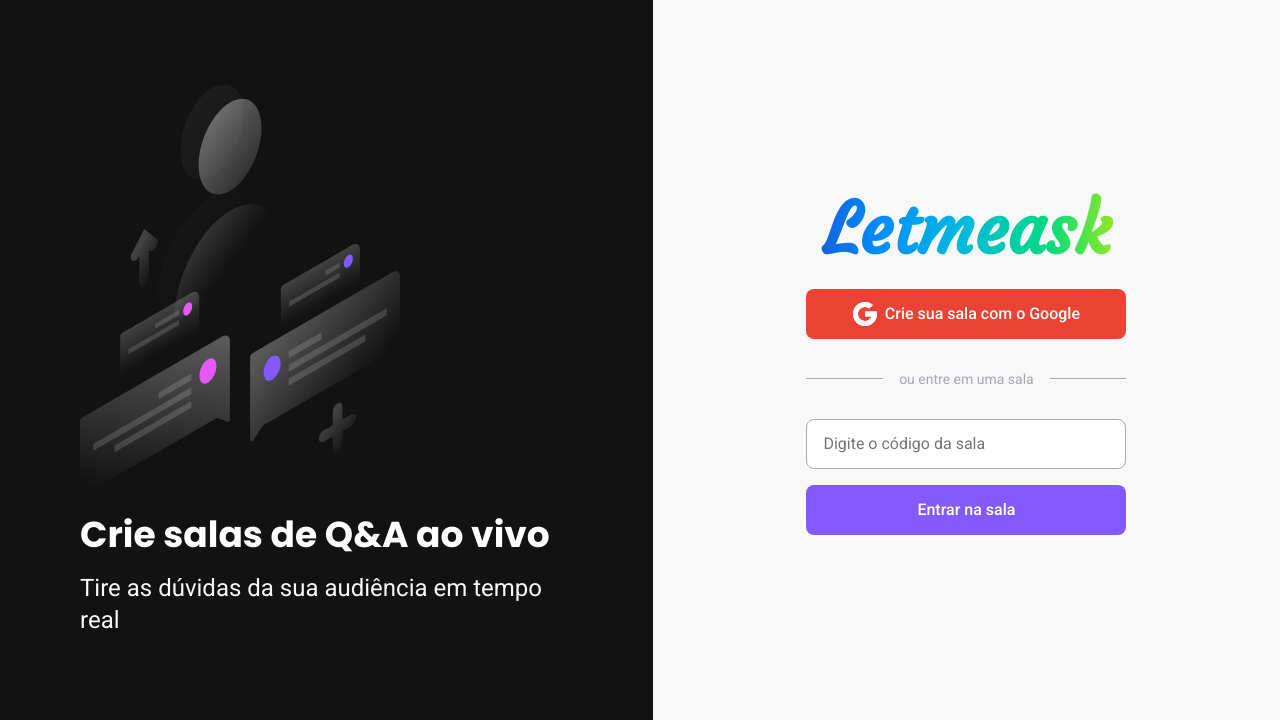
Repository: joaovnogueira/letmeask
Page: /
An editor plug-in stored every save of this project. The page is shown before and after the next save, followed by the edit.
The browser window is 1280 px wide. The pictures show the whole page.
The project was rebuilt for these pictures with package versions that can differ from the ones it lists, and the page was loaded fresh each time. A package was used in the major version that the imports need, not the one package.json lists. Also part of the build but not shown: src/pages/NewRoom.tsx, src/components/Question.tsx, src/styles/room-code.scss, src/components/RoomCode.tsx, src/hooks/useRoom.tsx, src/styles/rooms.scss, src/pages/AdminRoom.tsx. Imported but missing from the stored project, and not drawn on this page: src/pages/Room.

Above is the page before, as saved 2022-03-12 15:20:53.

### public/index.html
<!DOCTYPE html>
<html lang="en">
  <head>
    <meta charset="utf-8" />
    <meta name="viewport" content="width=device-width, initial-scale=1" />


    <link rel="preconnect" href="https://fonts.googleapis.com">
    <link rel="preconnect" href="https://fonts.gstatic.com" crossorigin>
    <link href="https://fonts.googleapis.com/css2?family=Poppins:wght@400;700&family=Roboto:wght@400;500&display=swap" rel="stylesheet">


    <title>Letmeask</title>


  </head>
  <body>
    <noscript>You need to enable JavaScript to run this app.</noscript>
    <div id="root"></div>
  </body>
</html>

### src/index.tsx
import React from 'react';
import ReactDOM from 'react-dom';
import App from './App';

import './services/firebase';
import './styles/global.scss';

ReactDOM.render(
  <React.StrictMode>
    <App />
  </React.StrictMode>,
  document.getElementById('root')
);

### src/App.tsx
import { BrowserRouter, Route, Switch } from 'react-router-dom'

import { Home } from './pages/Home';
import { NewRoom } from './pages/NewRoom'
import { Room } from './pages/Room';
import { AdminRoom } from './pages/AdminRoom';

import { AuthContextProvider } from './contexts/AuthContext'


function App() {


  return (
     <BrowserRouter>
      <AuthContextProvider>
        <Switch>
          <Route path="/" exact component={Home} />
          <Route path="/rooms/new" exact component={NewRoom} />
          <Route path="/rooms/:id" component={Room} />

          <Route path="/admin/rooms/:id" component={AdminRoom} />
        </Switch>
      </AuthContextProvider>
     </BrowserRouter>
  );
}

export default App;

### src/services/firebase.ts

import firebase from 'firebase/compat/app';

import 'firebase/compat/auth';
import 'firebase/compat/firestore';
import 'firebase/compat/database';

//import firebase from 'firebase/app';

//import 'firebase/auth';
//import 'firebase/firestore';



const firebaseConfig = {
    apiKey: process.env.REACT_APP_API_KEY,
    authDomain: process.env.REACT_APP_AUTH_DOMAIN,
    databaseURL: process.env.REACT_APP_DATABASE_URL,
    projectId: process.env.REACT_APP_PROJECT_ID,
    storageBucket: process.env.REACT_APP_STORAGE_BUCKET,
    messagingSenderId: process.env.REACT_APP_MESSAGING_SENDER_ID,
    appId: process.env.REACT_APP_APP_ID
  };

  firebase.initializeApp(firebaseConfig);


//const auth = firebase.auth();
const database = firebase.database();
const auth = firebase.auth();

export {auth, database, firebase}
//export {firebase}
//export {auth}
//export {database}

### src/styles/global.scss
*{
    margin: 0;
    padding: 0;
    box-sizing: border-box;
}

body{
    background: #f8f8f8;
    color: #29292e
}

body, input, button, textarea{
    font: 400 16px 'Roboto', sans-serif;
}

### src/pages/Home.tsx
import { useHistory } from "react-router-dom";

//import 'firebase/compat/auth';
import {auth, database, firebase} from '../services/firebase'
//import firebase from 'firebase/compat/app';


import illustrationImg from '../assets/images/illustration.svg';
import logoImg from '../assets/images/logo.svg';
import googleIconImage from '../assets/images/google-icon.svg';


import '../styles/auth.scss'

import { Button } from '../components/Button'
import { useAuth } from "../hooks/useAuth";
import { FormEvent, useState } from "react";

export function Home() {
    const history = useHistory();
    const { user, signInWithGoogle } = useAuth();
    const [ roomCode, setRoomCode ] = useState('');

    async function handleCreateRoom() {

        if (!user){
            await signInWithGoogle()
        }

        history.push('/rooms/new')

    }

    async function handleJoinRoom(event: FormEvent){
        event.preventDefault();

        if (roomCode.trim() == ''){
            return;
        }

        const roomRef = await database.ref(`rooms/${roomCode}`).get();

        if(!roomRef.exists()){
            alert('Room does not exists.')
            return;
        }

        if(roomRef.val().endedAt){
            alert('Room already closed.');
            return;
        }

        history.push(`/rooms/${roomCode}`)
    }

    return(
        <div id = 'page-auth'>
            <aside>
                <img src={illustrationImg} alt="Ilustração simbolizando perguntas e respostas"/>
                <strong>Crie salas de Q&amp;A ao vivo</strong>
                <p>Tire as dúvidas da sua audiência em tempo real </p>
            </aside>
            <main>
                <div className="main-content">
                    <h1 id='Logo'>Letmeask</h1>
                    <button onClick={handleCreateRoom} className="create-room">
                        <img src={googleIconImage} alt="Logo do Google" />
                        Crie sua sala com o Google
                    </button>
                    <div className="separator">ou entre em uma sala</div>
                    <form onSubmit={handleJoinRoom}>
                        <input
                           type="text"
                           placeholder="Digite o código da sala"
                           onChange={event => setRoomCode(event.target.value)}
                           value = {roomCode}
                        />
                        <Button type="submit">
                            Entrar na sala
                        </Button>
                    </form>
                </div>
            </main>
        </div>
    )
}

### src/contexts/AuthContext.tsx
//import firebase from "firebase/compat/app";
import { auth,firebase } from "../services/firebase";

import { createContext, ReactNode, useEffect, useState } from "react";


type User = {
    id: string;
    name: string;
    avatar: string;
  }

  type AuthContextType = {
    user: User | undefined;
    signInWithGoogle: () => Promise<void>;
  }

type AuthContextProviderProps = {
    children: ReactNode;
}

export const AuthContext = createContext({} as AuthContextType);

export function AuthContextProvider(props: AuthContextProviderProps){

    const [user, setUser] = useState<User>()

    useEffect(() => {
        const unssubscribe = auth.onAuthStateChanged(user => {
         if (user) {
            const {displayName,photoURL, uid} = user;

             if(!displayName || !photoURL){
             throw new Error('Missing Information from Google Account.')
            }

         setUser({
           id: uid,
           name: displayName,
           avatar: photoURL
         })
       }
     })

     return () => {
       unssubscribe();
     }
     }, [])

   async function signInWithGoogle(){
     const provider = new firebase.auth.GoogleAuthProvider();

     const result = await auth.signInWithPopup(provider);

       if (result.user){
         const {displayName,photoURL, uid} = result.user;

         if(!displayName || !photoURL){
           throw new Error('Missing Information from Google Account.')
         }

         setUser({
           id: uid,
           name: displayName,
           avatar: photoURL
         })
       }

   }

    return (
        <AuthContext.Provider value={{ user, signInWithGoogle }}>
            {props.children}
        </AuthContext.Provider>

    );
}

### src/styles/auth.scss
@import url('https://fonts.googleapis.com/css2?family=Courgette&display=swap');

#page-auth{
    display: flex;
    align-items: stretch;
    height: 100vh;



    aside{
        flex: 7;
        background: #121213;
        color: #fff;

        display: flex;
        flex-direction: column;
        justify-content: center;

        padding: 120px 80px;

        img{
            max-width: 320px;
        }

        strong{
            font: 700 36px 'Poppins', sans-serif;
            line-height: 42px;
            margin-top: 16px
        }

        p{
            font-size: 24px;
            line-height: 32px;
            margin-top: 16px;
            color: #f8f8f8;
        }
    }

    main{
        flex: 8;

        padding: 0 32px;
        display: flex;
        align-items: center;
        justify-content: center;

    }

    .main-content{
        display: flex;
        flex-direction: column;
        width: 100%;
        max-width: 320px;
        align-items: stretch;
        text-align: center;

        h1#Logo{
            font-family: 'Courgette', cursive;
            font-size: 70px;
            background-image:
            linear-gradient(to right, #1859d3, #0091fc, #00bbd9, #00da84, #a8eb12);
            background-clip: text;
            -webkit-background-clip: text;
            color: transparent;
        }

        > img{
            align-self: center;
        }

        h2{
            font-size: 24px;
            margin: 64px 8 24px;
            font-family: 'Poppins', sans seriff;
        }

        form{
            input{
                height:50px;
                border-radius: 8px;
                padding: 0 16px;
                background: #fff;
                border: 1px solid #a8a8b3
            }
        }

        p{
            font-size: 14px;
            color: #737380;
            margin-top: 16px;

        }

        a{
            color: #e559f9
        }

        button{
            margin-top: 16px;
        }

        button, input{
            width: 100%;
        }
    }

    .create-room{
        margin-top: 64px;
        height: 50px;
        border-radius: 8px;
        font-weight: 500;
        background: #ea4335;
        color:#fff;

        display: flex;
        justify-content: center;
        align-items: center;

        cursor: pointer;
        border: 0;

        transition: filter 0.2s;

        img{
            margin-right: 8px;
        }

        &:hover{
            filter: brightness(0.9);
        }
    }

    .separator{
        font-size: 14px;
        color: #a8a8b3;

        margin: 32px 0;
        display: flex;
        align-items: center;

        &::before {
            content: '';
            flex: 1;
            height: 1px;
            background: #a8a8b3;
            margin-right: 16px;
        }
        &::after{
            content: '';
            flex: 1;
            height: 1px;
            background: #a8a8b3;
            margin-left: 16px;
        }
    }


}

### src/components/Button.tsx
import { ButtonHTMLAttributes } from 'react'
import '../styles/button.scss'


type ButtonProps = ButtonHTMLAttributes<HTMLButtonElement> & {
    isOutlined?: boolean;
}

export function Button({isOutlined = false, ...props}: ButtonProps) {
    return(
        <button
            className={`button ${isOutlined ? 'outlined' : ''}`}
            {...props}>
        </button>
    )
}

### src/hooks/useAuth.ts
import { useContext } from 'react';
import { AuthContext } from '../contexts/AuthContext'

export function useAuth() {
    const value =  useContext(AuthContext);

    return value;
}

### src/styles/button.scss
.button{
    height: 50px;
    border-radius: 8px;
    font-weight: 500;
    background: #835afd;
    color:#fff;
    padding: 0 32px;

    display: flex;
    justify-content: center;
    align-items: center;

    cursor: pointer;
    border: 0;

    transition: filter 0.2s;

    img{
        margin-right: 8px;
    }

    &.outlined {
        background: #FFF;
        border: 1px solid #835afd;
        color: #835afd;
    }

    &:not(:disabled):hover{
        filter: brightness(0.9);
    }

    &:disabled{
        opacity: 0.6;
        cursor: not-allowed;
    }
}

After the next save:
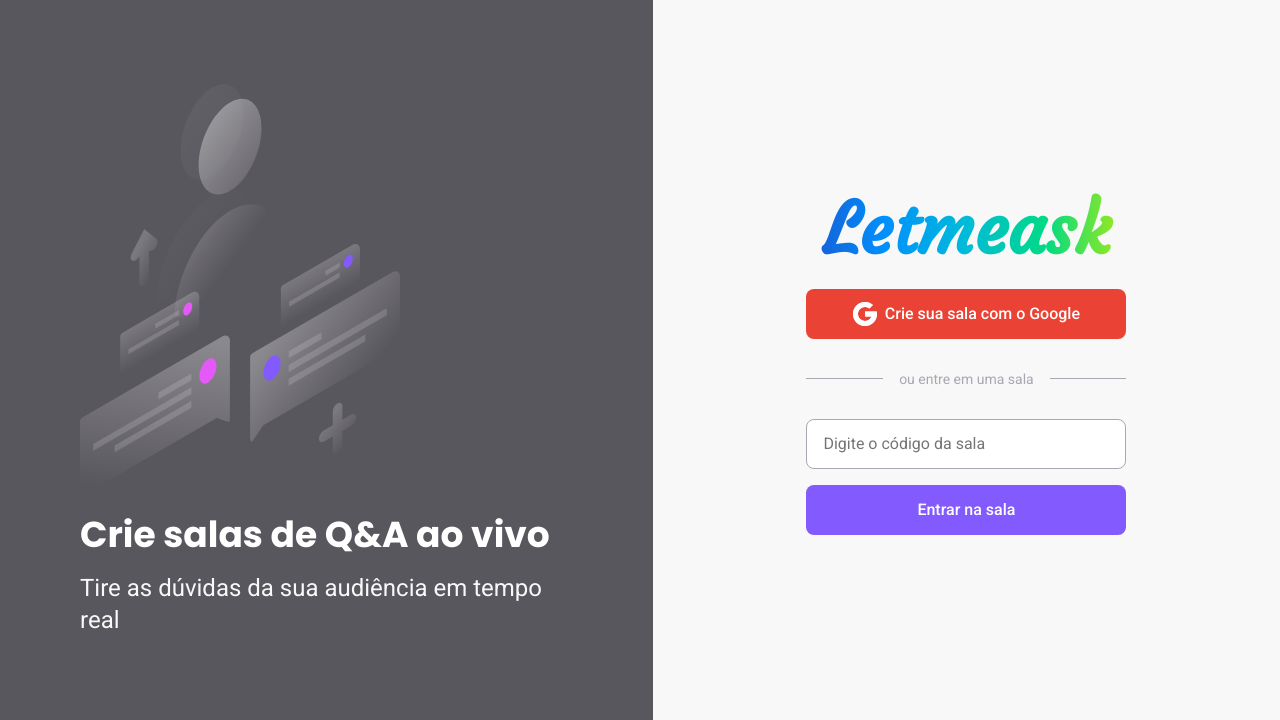
Saved 5 s later.
--- a/src/styles/auth.scss
+++ b/src/styles/auth.scss
@@ -9,7 +9,7 @@
 
     aside{
         flex: 7;
-        background: #121213;
+        background: #59575e;
         color: #fff;
 
         display: flex;
